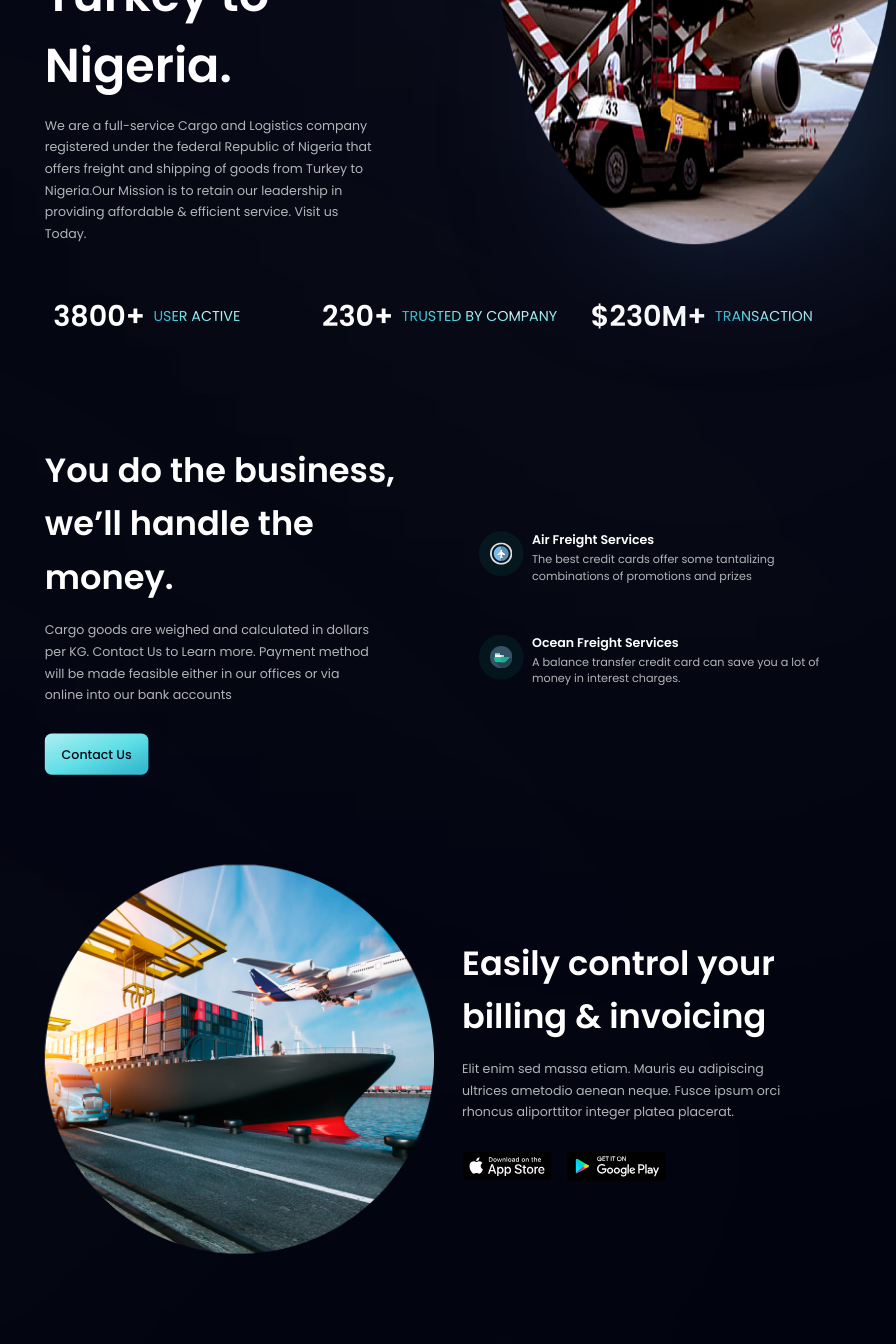
Repository: Miracleoluebube/captionlogistics
Page: /
The author's editor kept a copy of each file at every save. The page is drawn from the files as they stood at one save, then again after the next save.
The browser window is 1280 px wide. The pictures show the part of the page from y = 757 to 2677 px (the page is 5409 px tall), at 70% of full size.
The project was rebuilt for these pictures with package versions that can differ from the ones it lists, and the page was loaded fresh each time. Also part of the build but not shown: vite.config.js.

Above is the page before, as saved 2022-10-02 12:48:13.

After the next save:
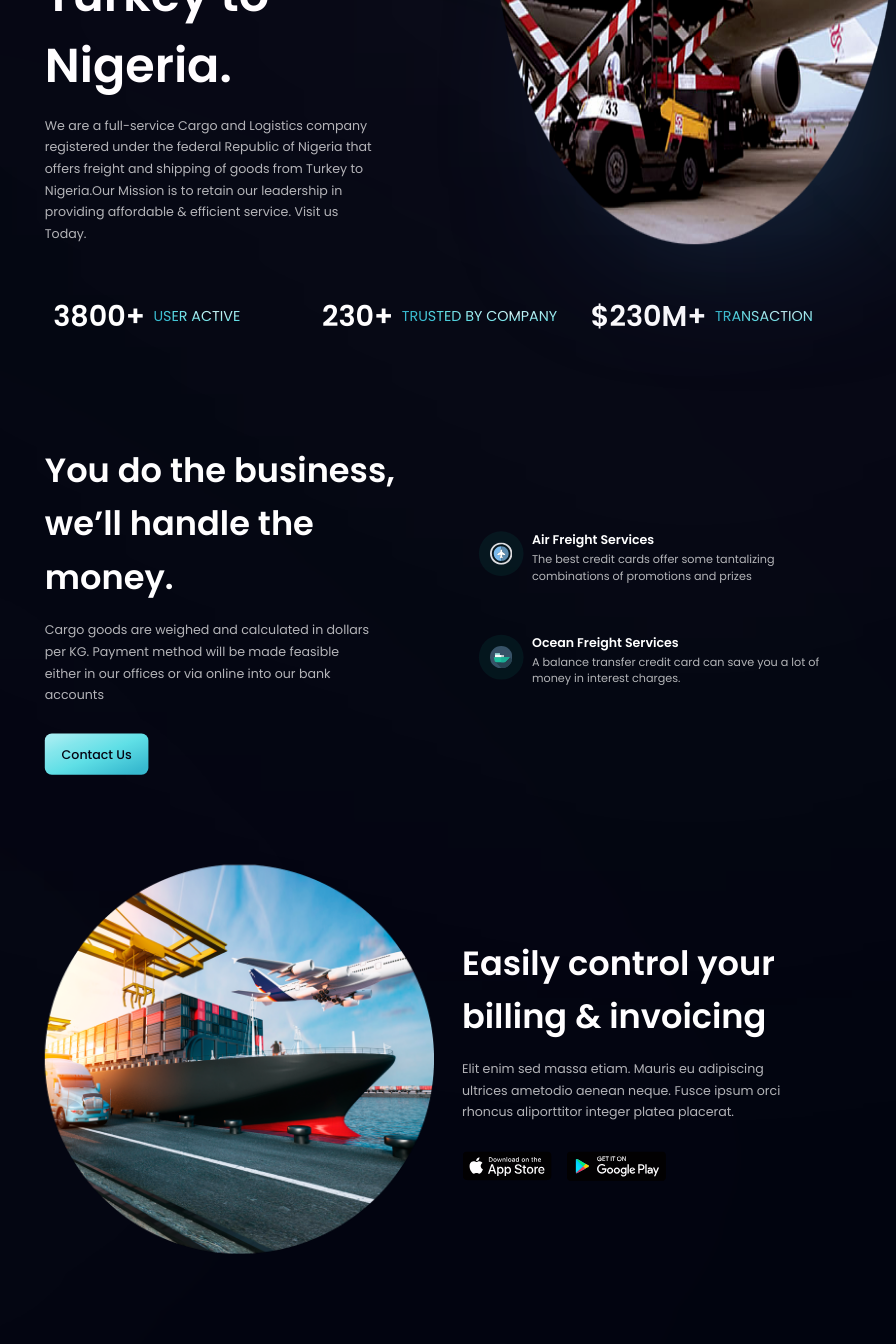
Saved 10 s later.
--- a/src/components/Business.jsx
+++ b/src/components/Business.jsx
@@ -27,7 +27,6 @@
       </h2>
       <p className={`${styles.paragraph} max-w-[470px] mt-5`}>
         Cargo goods are weighed and calculated in dollars per KG.
-      Contact Us to Learn more.
       Payment method will be made feasible either in our offices or via online
       into our bank accounts
       </p>
